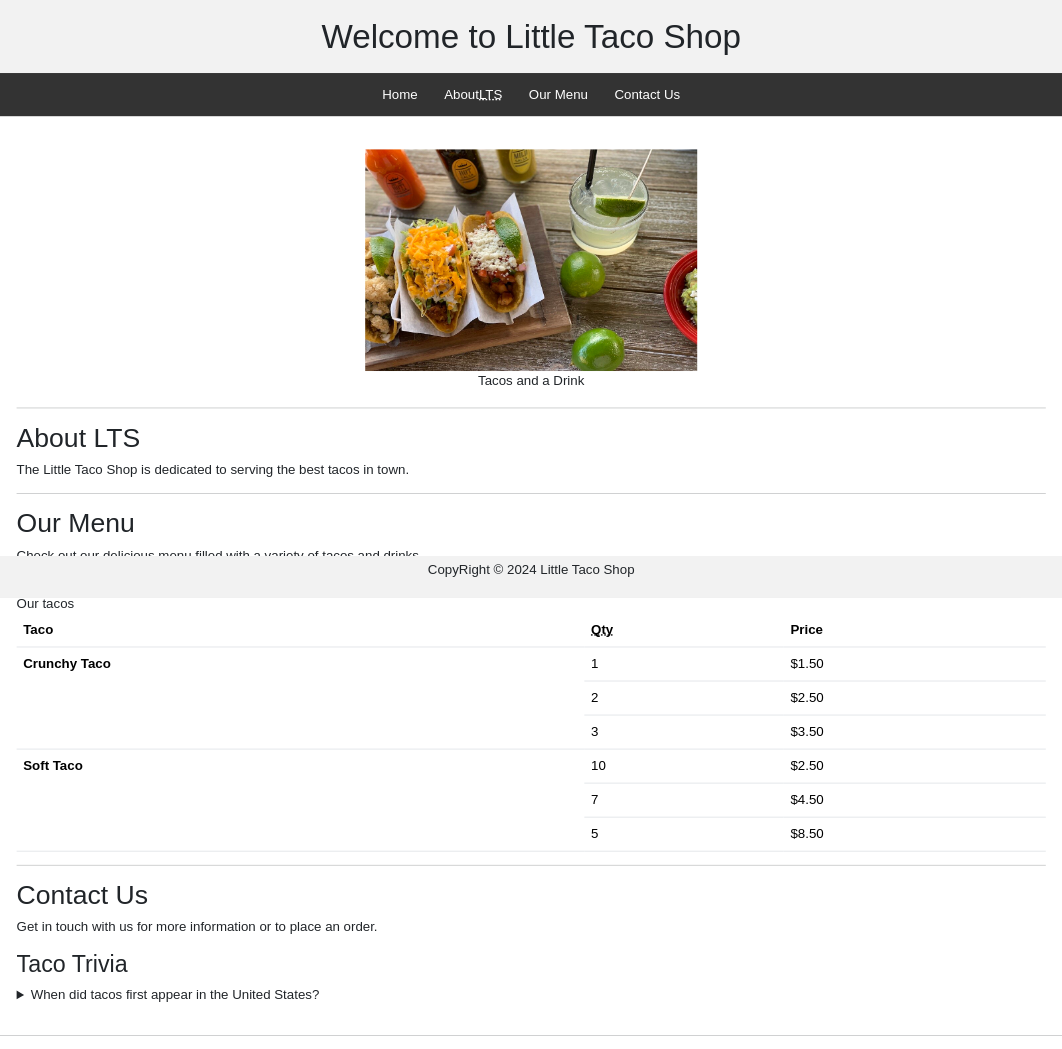
Repository: cavidk/taco_shop-web
Page: html basics/index.html
An editor plug-in stored every save of this project. The page is shown before and after the next save, followed by the edit.
The browser window is 1280 px wide. The pictures show the whole page, at 83% of full size.

Above is the page before, as saved 2024-06-11 11:11:31.

After the next save:
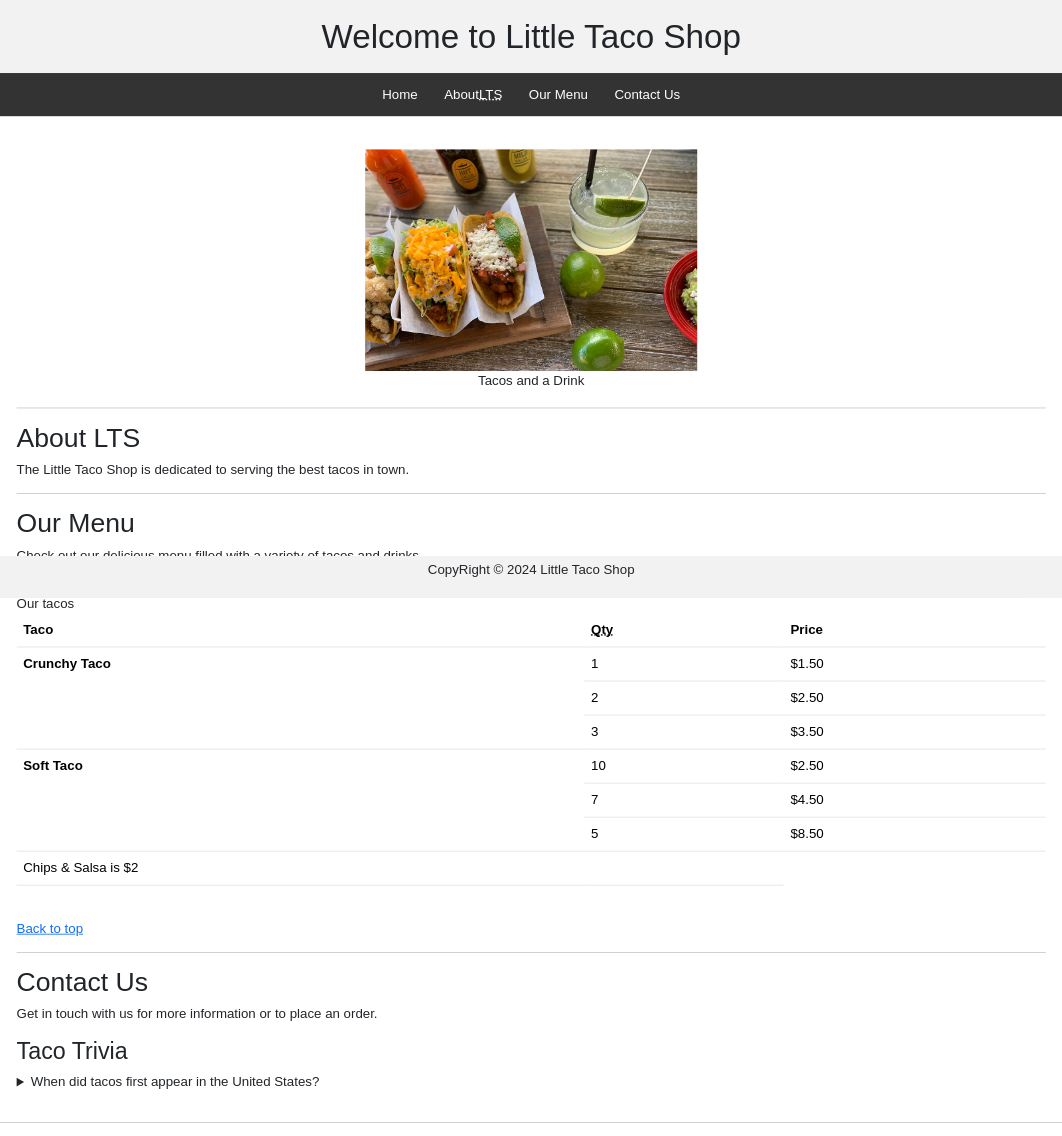
Saved 3 min 22 s later.
--- a/html basics/index.html
+++ b/html basics/index.html
@@ -97,7 +97,16 @@
                      <td>$8.50</td>
                   </tr>
                </tbody>
+               <tfoot>
+                  <tr>
+                     <td colspan="2">Chips &amp; Salsa is $2</td>
+                  </tr>
+               </tfoot>
             </table>
+            <br>
+            <p>
+               <a href="#">Back to top</a>
+            </p>
          </article>
       </section>
       <hr />
